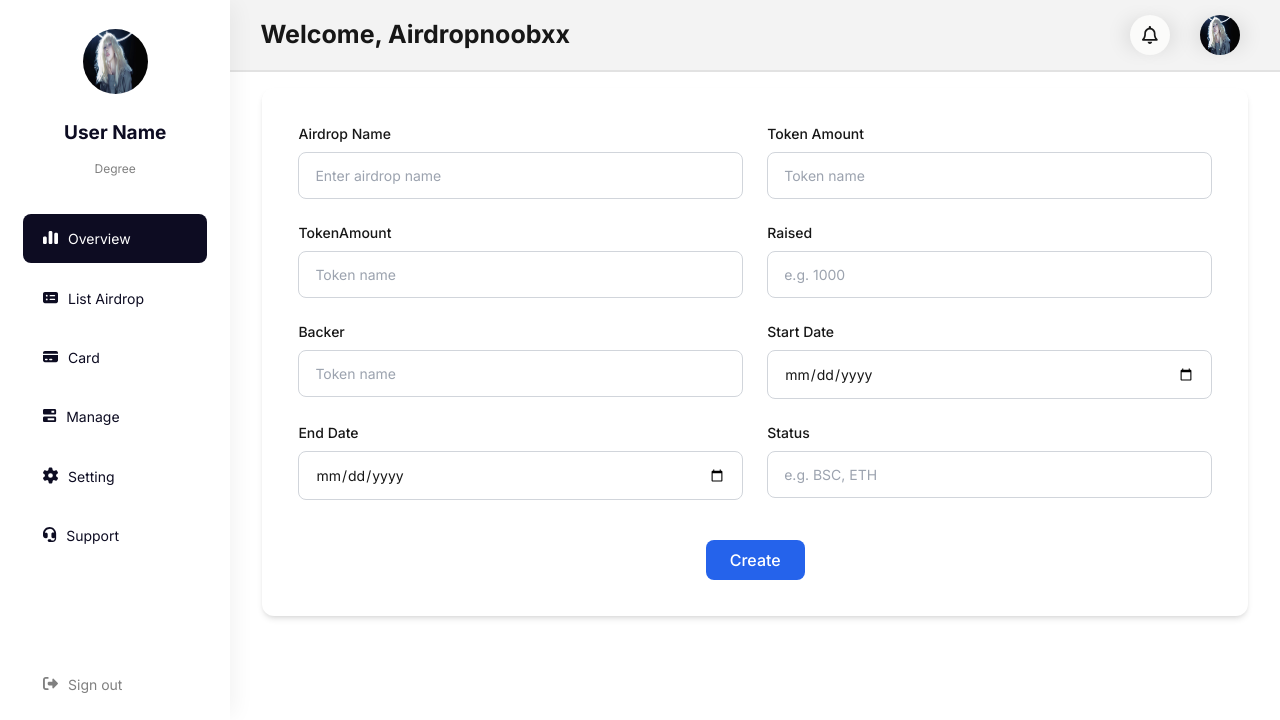
Repository: conGaStuer/airdropmamager
Page: /airdrops/new
The author's editor kept a copy of each file at every save. The page is drawn from the files as they stood at one save, then again after the next save.
The browser window is 1280 px wide. The pictures show the whole page.
The project was rebuilt for these pictures with package versions that can differ from the ones it lists, and the page was loaded fresh each time. The framework's server and built-in components were replaced by stand-ins that run in the browser. Also part of the build but not shown: next.config.ts.

Above is the page before, as saved 2025-05-28 18:31:25.

### src/app/layout.tsx
// app/layout.tsx
import { Inter } from "next/font/google";
import "../styles/globals.css";
import NavBar from "@/components/NavBar";
import SideBar from "@/components/SideBar";

const inter = Inter({ subsets: ["latin"] });

export const metadata = {
  title: "Airdrop Admin",
  description: "Manage Airdrops",
};

// app/layout.tsx
export default function RootLayout({
  children,
}: {
  children: React.ReactNode;
}) {
  return (
    <html lang="en">
      <body>{children}</body>
    </html>
  );
}

### src/app/airdrops/layout.js
// app/airdrops/layout.js (hoặc layout.tsx nếu bạn dùng TypeScript)
"use client";
import React from "react";
import NavBar from "@/components/NavBar";
import SideBar from "@/components/SideBar";

export default function AirdropLayout({ children }) {
  return (
    <div className="flex">
      <SideBar />
      <div className="flex-1">
        <NavBar />
        <main className="pt-14 ">{children}</main>
      </div>
    </div>
  );
}

### src/app/airdrops/new/page.js
"use client";
import React, { useState } from "react";
import axios from "axios";
import { useRouter } from "next/navigation";
import "../../../styles/addForm.scss";
export default function CreateAirdropPage() {
  const [form, setForm] = useState({
    name: "",
    type: "",
    raised: "",
    status: "",
    tokenAmount: "",
    backer: "",
    startDate: "",
    endDate: "",
  });
  const router = useRouter();
  const handleCreate = async (e) => {
    e.preventDefault();
    await axios.post("http://localhost:5000/api/airdrops", form);
    router.push("/airdrops");
  };
  return (
    <div className="w-full add-form rounded-xl p-8">
      <form
        onSubmit={handleCreate}
        className="grid grid-cols-2 gap-6 w-[100%] mx-auto bg-white p-9 rounded-xl shadow-md"
      >
        {/* Input 1 */}
        <div className="flex flex-col gap-2">
          <label className="text-sm font-medium">Airdrop Name</label>
          <input
            type="text"
            value={form.name}
            onChange={(e) => setForm({ ...form, name: e.target.value })}
            className="input-field"
            placeholder="Enter airdrop name"
          />
        </div>

        {/* Input 2 */}
        <div className="flex flex-col gap-2">
          <label className="text-sm font-medium">Token Amount</label>
          <input
            type="text"
            value={form.type}
            onChange={(e) => setForm({ ...form, type: e.target.value })}
            className="input-field"
            placeholder="Token name"
          />
        </div>

        {/* Input 3 */}
        <div className="flex flex-col gap-2">
          <label className="text-sm font-medium">TokenAmount</label>
          <input
            type="text"
            value={form.tokenAmount}
            onChange={(e) => setForm({ ...form, tokenAmount: e.target.value })}
            className="input-field"
            placeholder="Token name"
          />
        </div>

        {/* Input 4 */}
        <div className="flex flex-col gap-2">
          <label className="text-sm font-medium">Raised</label>
          <input
            type="text"
            value={form.raised}
            onChange={(e) => setForm({ ...form, raised: e.target.value })}
            className="input-field"
            placeholder="e.g. 1000"
          />
        </div>

        {/* Input 5 */}
        <div className="flex flex-col gap-2">
          <label className="text-sm font-medium">Backer</label>
          <input
            type="text"
            value={form.backer}
            onChange={(e) => setForm({ ...form, backer: e.target.value })}
            className="input-field"
            placeholder="Token name"
          />
        </div>

        {/* Input 6 */}
        <div className="flex flex-col gap-2">
          <label className="text-sm font-medium">Start Date</label>
          <input
            type="date"
            value={form.startDate}
            onChange={(e) => setForm({ ...form, startDate: e.target.value })}
            className="input-field"
          />
        </div>

        {/* Input 7 */}
        <div className="flex flex-col gap-2">
          <label className="text-sm font-medium">End Date</label>
          <input
            type="date"
            value={form.endDate}
            onChange={(e) => setForm({ ...form, endDate: e.target.value })}
            className="input-field"
          />
        </div>

        {/* Input 8 */}
        <div className="flex flex-col gap-2">
          <label className="text-sm font-medium">Status</label>
          <input
            type="text"
            value={form.status}
            onChange={(e) => setForm({ ...form, status: e.target.value })}
            className="input-field"
            placeholder="e.g. BSC, ETH"
          />
        </div>

        {/* Submit Button - span full width */}
        <div className="col-span-2 text-center mt-4">
          <button
            type="submit"
            className="px-6 py-2 bg-blue-600 text-white font-medium rounded-lg hover:bg-blue-700 transition"
          >
            Create
          </button>
        </div>
      </form>
    </div>
  );
}

### src/styles/globals.css
@tailwind base;
@tailwind components;
@tailwind utilities;

:root {
  --background: #ffffff;
  --foreground: #171717;
}

@media (prefers-color-scheme: dark) {
  :root {
    --background: #ffffff;
    --foreground: #393737;
  }
}

body {
  color: var(--foreground);
  background: var(--background);
  font-family: inter;
  background-size: cover;
  background-position: center;
}

### src/components/NavBar.js
import React from "react";
import "../styles/navbar.scss";
import { FontAwesomeIcon } from "@fortawesome/react-fontawesome";
import {
  faEdit,
  faTrash,
  faRectangleList,
  faChartSimple,
  faCreditCard,
  faBarsProgress,
  faGear,
  faHeadset,
  faRightFromBracket,
  faRing,
} from "@fortawesome/free-solid-svg-icons";
import { faBell } from "@fortawesome/free-regular-svg-icons";
import Image from "next/image";
export default function NavBar() {
  return (
    <div className="nav-side">
      <p>Welcome, Airdropnoobxx </p>
      <div className="menu">
        <div className="iconn">
          <FontAwesomeIcon icon={faBell} className="icon" />
        </div>
        <Image src="/styles/avt.jpg" alt="Avatar" width={20} height={20} />
      </div>
    </div>
  );
}

### src/components/SideBar.js
import React from "react";
import "../styles/sideBar.scss";
import { FontAwesomeIcon } from "@fortawesome/react-fontawesome";
import {
  faEdit,
  faTrash,
  faRectangleList,
  faChartSimple,
  faCreditCard,
  faBarsProgress,
  faGear,
  faHeadset,
  faRightFromBracket,
} from "@fortawesome/free-solid-svg-icons";
import Image from "next/image";
import Link from "next/link";
export default function SideBar() {
  return (
    <div className="side-bar">
      <div className="side-info">
        <div className="user-profile">
          <Image src="/styles/avt.jpg" alt="Avatar" width={80} height={80} />
          <h4>User Name</h4>
          <p>Degree</p>
        </div>
      </div>
      <div className="side-menu">
        <div className="menu-element menu-element1">
          <FontAwesomeIcon icon={faChartSimple} className="icon" />

          <span>Overview</span>
        </div>
        <Link href="./airdrops" className="menu-element">
          <FontAwesomeIcon icon={faRectangleList} className="icon" />

          <span>List Airdrop</span>
        </Link>
        <div className="menu-element">
          <FontAwesomeIcon icon={faCreditCard} className="icon" />
          <span>Card</span>
        </div>
        <div className="menu-element">
          <FontAwesomeIcon icon={faBarsProgress} className="icon" />
          <span>Manage</span>
        </div>
        <div className="menu-element">
          <FontAwesomeIcon icon={faGear} className="icon" />
          <span>Setting</span>
        </div>
        <div className="menu-element">
          <FontAwesomeIcon icon={faHeadset} className="icon" />

          <span>Support</span>
        </div>
      </div>
      <div className="side-logout">
        <FontAwesomeIcon icon={faRightFromBracket} className="icon" />
        <span>Sign out</span>
      </div>
    </div>
  );
}

### src/styles/addForm.scss
.input-field {
  padding: 0.75rem 1rem;
  border-radius: 0.5rem;
  border: 1px solid #d1d5db;
  font-size: 0.875rem;
  background-color: #ffffff;

  &:focus {
    border-color: #3b82f6;
    box-shadow: 0 0 0 2px rgba(59, 130, 246, 0.3);
    outline: none;
  }

  &::placeholder {
    color: #9ca3af;
  }
}

### src/styles/navbar.scss
@mixin center-div {
  display: flex;

  justify-content: space-between;
  align-items: center;
}
@mixin no-space-text {
  margin: 0px;
  padding: 0px;
}
.nav-side {
  width: 82%;
  height: 10vh;
  background-color: #f3f3f3;
  position: fixed;
  float: right;
  right: 0px;

  border-bottom-right-radius: 0px;
  @include center-div();
  padding-left: 30px;
  padding-right: 40px;
  border-bottom: 2px solid rgb(226, 226, 226);
  p {
    font-size: 25px;
    font-weight: bold;
    font-family: "Inter", sans-serif;
  }
  .menu {
    width: 120px;
    height: 90%;
    @include center-div();

    .iconn {
      width: 40px;
      height: 40px;
      background-color: #fbfbfa;
      border-radius: 50%;
      @include center-div();
      justify-content: center;
      position: relative;
      left: 10px;
      box-shadow: 10px 0 20px -5px rgba(0, 0, 0, 0.1),
        -10px 0 20px -5px rgba(0, 0, 0, 0.1);

      .icon {
        font-size: 18px;
      }
    }
    img {
      width: 40px;
      height: 40px;
      border-radius: 50%;
      box-shadow: 10px 0 20px -5px rgba(0, 0, 0, 0.1),
        -10px 0 20px -5px rgba(0, 0, 0, 0.1);
    }
  }
}

### src/styles/sideBar.scss
@mixin center-div {
  display: flex;
  flex-direction: column;
  justify-content: space-between;
  align-items: center;
}
@mixin no-space-text {
  margin: 0px;
  padding: 0px;
}
.side-bar {
  font-family: "Inter", sans-serif;
  @include center-div();
  width: 18%;
  height: 100vh;
  background-color: white;
  color: #808080;
  box-shadow: 10px 0 20px -5px rgba(0, 0, 0, 0.05),
    -10px 0 20px -5px rgba(0, 0, 0, 0.05);
  z-index: 1;
  .icon {
    font-size: 15px;
    margin-right: 10px;
    position: relative;
    top: -1px;
  }
  .side-info {
    width: 80%;
    height: 34%;
    display: flex;
    flex-direction: column;
    justify-content: space-around;
    align-items: center;
    position: relative;
    top: -10px;
    h4 {
      @include no-space-text();
      font-size: 18px;
      font-weight: bold;
    }
    .user-profile {
      width: 75%;
      height: 68%;
      @include center-div();

      img {
        width: 65px;
        height: 65px;
        border-radius: 50%;
      }
      h4 {
        font-size: 19px;
        font-weight: bold;
        @include no-space-text();
        position: relative;
        top: -3px;
        color: #0d0c22;
      }
      p {
        @include no-space-text();
        font-size: 12px;
        position: relative;
        top: -18px;
      }
    }
  }
  .side-menu {
    width: 80%;
    height: 48%;
    @include center-div();
    position: relative;
    top: -65px;
    .menu-element {
      width: 100%;
      height: 14%;
      background-color: white;
      border-radius: 8px;
      font-size: 14px;
      display: flex;
      align-items: center;
      padding: 20px;
      color: #0d0c22;
    }
    .menu-element1 {
      background-color: #0d0c22;
      color: white;
    }
  }
  .side-logout {
    width: 80%;
    height: 7%;
    display: flex;
    align-items: center;
    padding: 20px;
    margin-bottom: 10px;
    span {
      font-size: 14px;
    }
  }
}

### tailwind.config.ts
import type { Config } from "tailwindcss";

export default {
  content: [
    "./src/pages/**/*.{js,ts,jsx,tsx,mdx}",
    "./src/components/**/*.{js,ts,jsx,tsx,mdx}",
    "./src/app/**/*.{js,ts,jsx,tsx,mdx}",
  ],
  theme: {
    extend: {
      colors: {
        background: "var(--background)",
        foreground: "var(--foreground)",
      },
      fontFamily: {
        sans: ["var(--font-inter)", "sans-serif"],
      },
    },
  },
  plugins: [],
} satisfies Config;

After the next save:
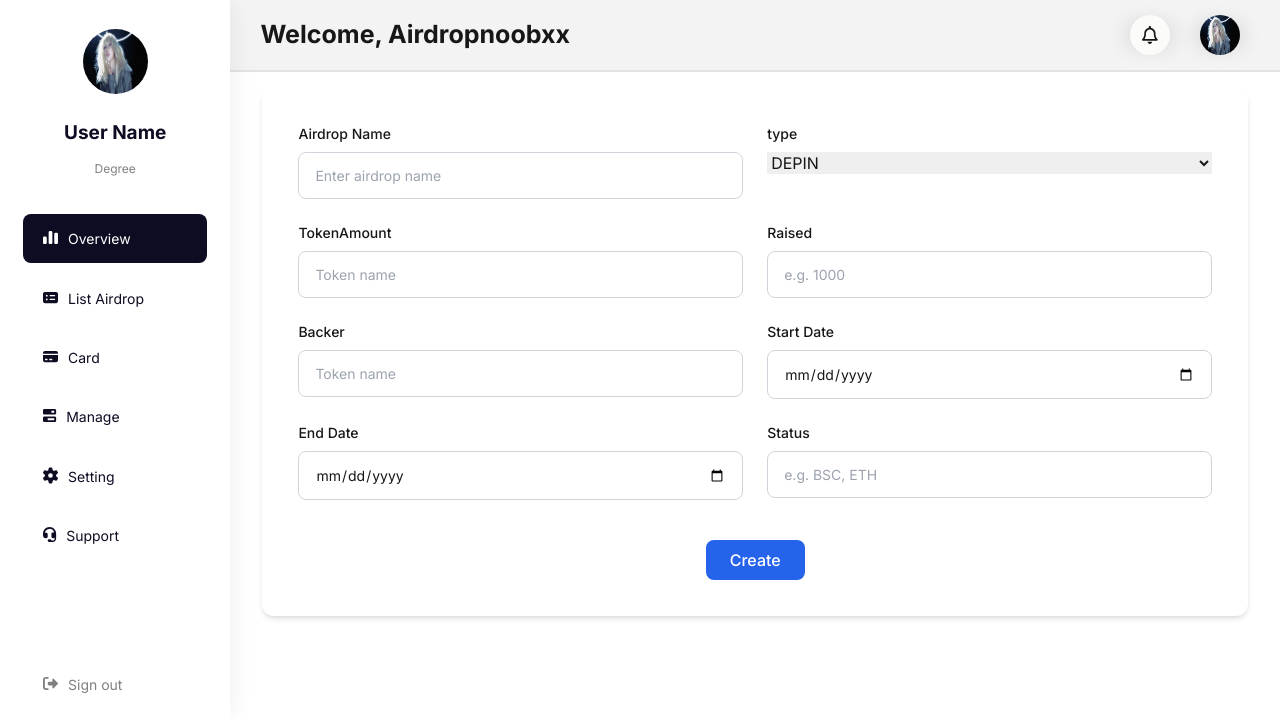
Saved 96 s later.
--- a/src/app/airdrops/new/page.js
+++ b/src/app/airdrops/new/page.js
@@ -40,14 +40,15 @@ export default function CreateAirdropPage() {
 
         {/* Input 2 */}
         <div className="flex flex-col gap-2">
-          <label className="text-sm font-medium">Token Amount</label>
-          <input
-            type="text"
+          <label className="text-sm font-medium">type</label>
+          <select
             value={form.type}
             onChange={(e) => setForm({ ...form, type: e.target.value })}
-            className="input-field"
-            placeholder="Token name"
-          />
+          >
+            <option value="depin">DEPIN</option>
+            <option value="testnet">Testnet</option>
+            <option value="webpoint">Webpoint</option>
+          </select>
         </div>
 
         {/* Input 3 */}
